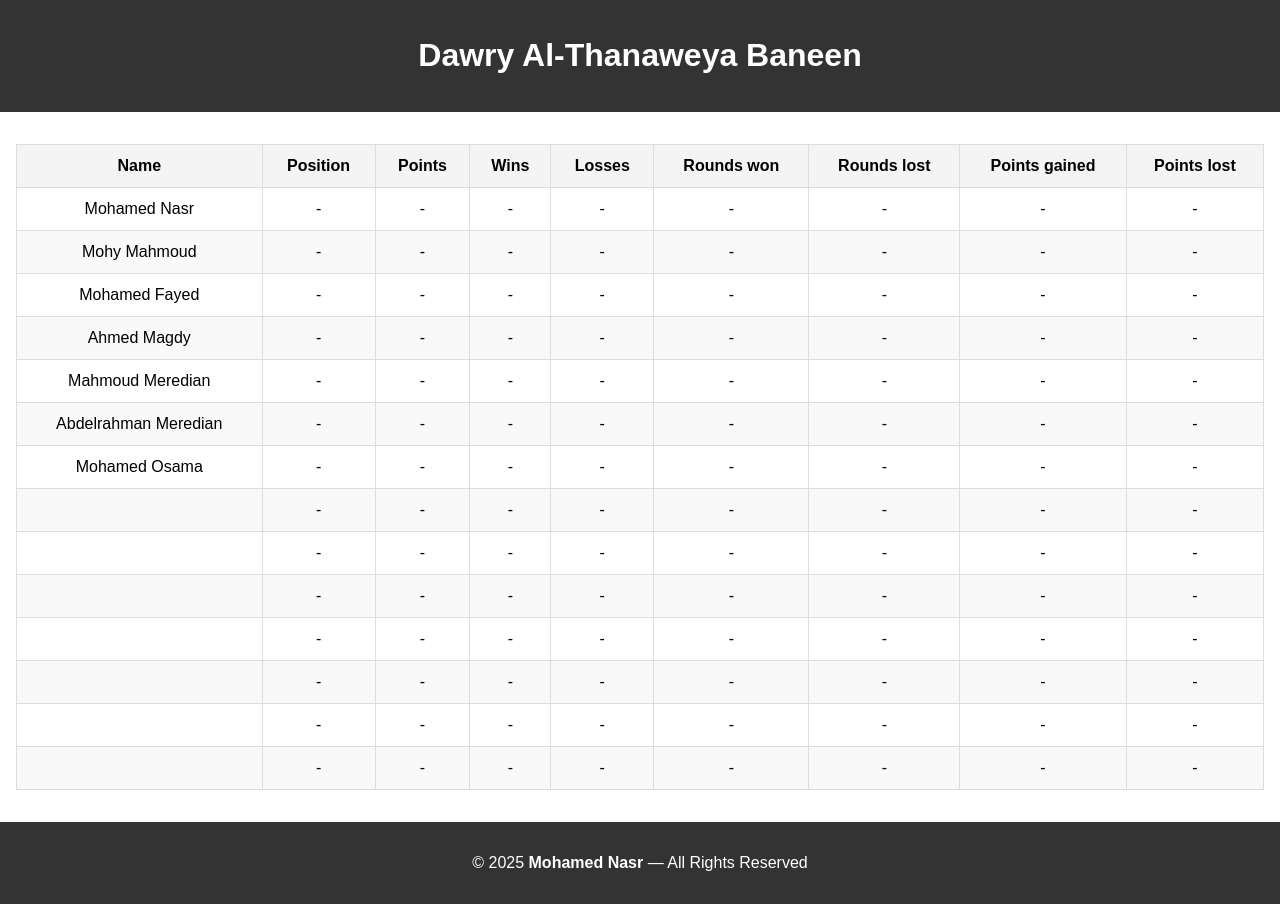
Repository: MohamedNasr95/Dawry-Al-Thanaweya-Baneen
Page: Index.html
An editor plug-in stored every save of this project. The page is shown before and after a run of saves, followed by the edit.
The browser window is 1280 px wide. The pictures show the whole page.

Above is the page before, as saved 2025-09-07 22:38:23.

### Index.html
<!DOCTYPE html>
<html lang="en">
<head>
  <meta charset="UTF-8" />
  <meta name="viewport" content="width=device-width, initial-scale=1.0" />
  <title>Dawry Al-Thanaweya Baneen</title>
  <link rel="stylesheet" href="style.css">
</head>
<body>
  <header>
    <h1>Dawry Al-Thanaweya Baneen</h1>
  </header>
  <main>
    <table>
      <thead>
        <tr>
          <th>Name</th>
          <th>Position</th>
          <th>Points</th>
          <th>Wins</th>
          <th>Losses</th>
          <th>Rounds won</th>
          <th>Rounds lost</th>
          <th>Points gained</th>
          <th>Points lost</th>
        </tr>
      </thead>
      <tbody id="tbody">
        <tr>
          <td>Mohamed Nasr</td>
          <td>-</td>
          <td>-</td>
          <td>-</td>
          <td>-</td>
          <td>-</td>
          <td>-</td>
          <td>-</td>
          <td>-</td>
        </tr>
        <tr>
          <td>Mohy Mahmoud</td>
          <td>-</td>
          <td>-</td>
          <td>-</td>
          <td>-</td>
          <td>-</td>
          <td>-</td>
          <td>-</td>
          <td>-</td>
        </tr>
        <tr>
          <td>Mohamed Fayed</td>
          <td>-</td>
          <td>-</td>
          <td>-</td>
          <td>-</td>
          <td>-</td>
          <td>-</td>
          <td>-</td>
          <td>-</td>
        </tr>
        <tr>
          <td>Ahmed Magdy</td>
          <td>-</td>
          <td>-</td>
          <td>-</td>
          <td>-</td>
          <td>-</td>
          <td>-</td>
          <td>-</td>
          <td>-</td>
        </tr>
        <tr>
          <td>Mahmoud Meredian</td>
          <td>-</td>
          <td>-</td>
          <td>-</td>
          <td>-</td>
          <td>-</td>
          <td>-</td>
          <td>-</td>
          <td>-</td>
        </tr>
        <tr>
          <td>Abdelrahman Meredian</td>
          <td>-</td>
          <td>-</td>
          <td>-</td>
          <td>-</td>
          <td>-</td>
          <td>-</td>
          <td>-</td>
          <td>-</td>
        </tr>
        <tr>
          <td>Mohamed Osama</td>
          <td>-</td>
          <td>-</td>
          <td>-</td>
          <td>-</td>
          <td>-</td>
          <td>-</td>
          <td>-</td>
          <td>-</td>
        </tr>
        <!-- Add more rows here -->
      </tbody>
    </table>
  </main>
  <footer>
    <p>&copy; 2025 <strong>Mohamed Nasr</strong> — All Rights Reserved</p>
  </footer>

  <script src="script.js"></script>
</body>
</html>

### style.css
body {
    font-family: Arial, sans-serif;
    margin: 0;
    padding: 0;
    display: flex;
    min-height: 100vh;
    flex-direction: column;
}
header, footer {
    background-color: #333;
    color: #fff;
    padding: 1rem;
    text-align: center;
}
main {
    flex: 1;
    padding: 1rem;
}
table {
    width: 100%;
    border-collapse: collapse;
    margin: 1rem 0;
}
th, td {
    border: 1px solid #ddd;
    padding: 0.75rem;
    text-align: center;
}
th {
    background-color: #f4f4f4;
}
tr:nth-child(even) {
    background-color: #f9f9f9;
}
tr:hover {
    background-color: #e0e0e0;
}

### script.js
table = document.getElementById("tbody")
// console.log(table)
// name = "Mustafa";
players = [{ID: 1, name: "Mohamed Nasr", position: 0, Points: 0, win: 0, loss: 0, rWin: 0, rLost: 0, pGained: 0, pLost:0},
    {ID: 2, name: "Mohy Mahmoud", position: 0, Points: 0, win: 0, loss: 0, rWin: 0, rLost: 0, pGained: 0, pLost:0},
    {ID: 3, name: "Mohamed Fayed", position: 0, Points: 0, win: 0, loss: 0, rWin: 0, rLost: 0, pGained: 0, pLost:0},
    {ID: 4, name: "Ahmed Magdy", position: 0, Points: 0, win: 0, loss: 0, rWin: 0, rLost: 0, pGained: 0, pLost:0},
    {ID: 5, name: "Mahmoud Meredian", position: 0, Points: 0, win: 0, loss: 0, rWin: 0, rLost: 0, pGained: 0, pLost:0},
    {ID: 6, name: "Abdelrahman Meredian", position: 0, Points: 0, win: 0, loss: 0, rWin: 0, rLost: 0, pGained: 0, pLost:0},
    {ID: 7, name: "Mohamed Osama", position: 0, Points: 0, win: 0, loss: 0, rWin: 0, rLost: 0, pGained: 0, pLost:0},
]

for( tVar = 0 ; tVar < players.length ; tVar++ )
{
    table.innerHTML +=
    `
        <tr>
            <td></td>
            <td>-</td>
            <td>-</td>
            <td>-</td>
            <td>-</td>
            <td>-</td>
            <td>-</td>
            <td>-</td>
            <td>-</td>
        </tr>
    `
}

After the next 3 saves:
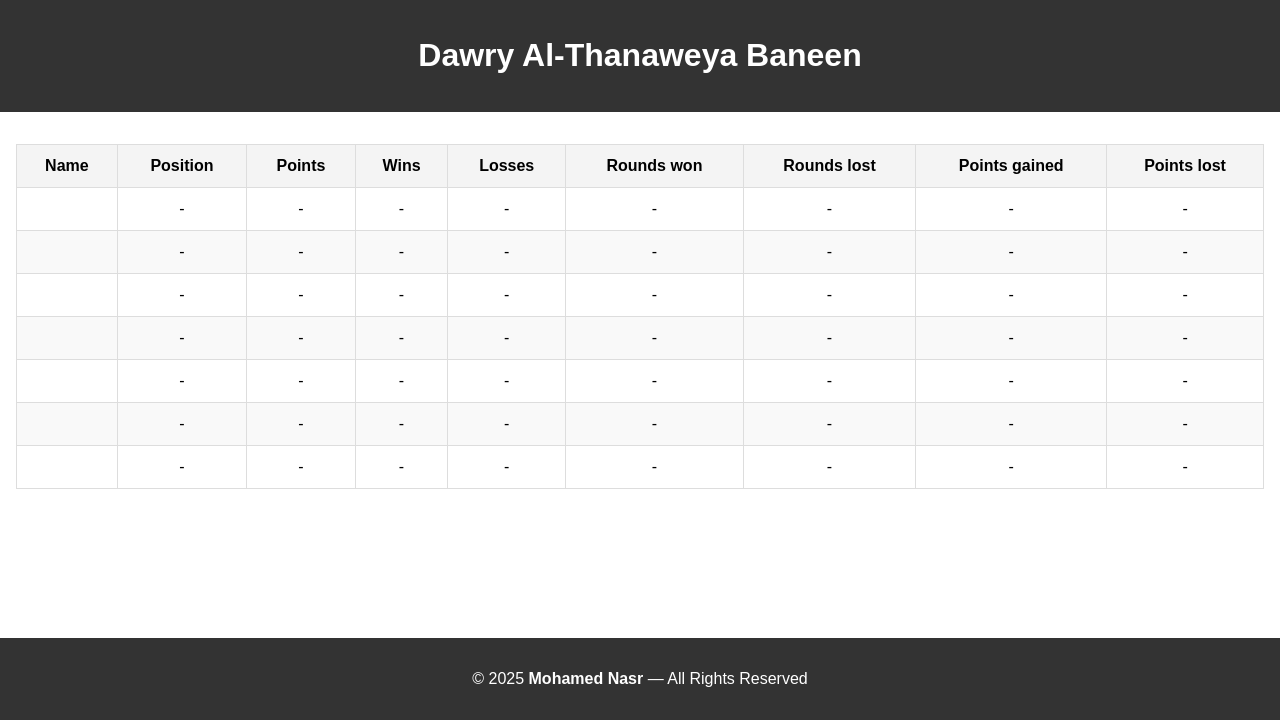
The 3 saves are shown as one change because they came seconds apart.
The last was saved 26 s later.
--- a/Index.html
+++ b/Index.html
@@ -26,84 +26,9 @@
         </tr>
       </thead>
       <tbody id="tbody">
-        <tr>
-          <td>Mohamed Nasr</td>
-          <td>-</td>
-          <td>-</td>
-          <td>-</td>
-          <td>-</td>
-          <td>-</td>
-          <td>-</td>
-          <td>-</td>
-          <td>-</td>
-        </tr>
-        <tr>
-          <td>Mohy Mahmoud</td>
-          <td>-</td>
-          <td>-</td>
-          <td>-</td>
-          <td>-</td>
-          <td>-</td>
-          <td>-</td>
-          <td>-</td>
-          <td>-</td>
-        </tr>
-        <tr>
-          <td>Mohamed Fayed</td>
-          <td>-</td>
-          <td>-</td>
-          <td>-</td>
-          <td>-</td>
-          <td>-</td>
-          <td>-</td>
-          <td>-</td>
-          <td>-</td>
-        </tr>
-        <tr>
-          <td>Ahmed Magdy</td>
-          <td>-</td>
-          <td>-</td>
-          <td>-</td>
-          <td>-</td>
-          <td>-</td>
-          <td>-</td>
-          <td>-</td>
-          <td>-</td>
-        </tr>
-        <tr>
-          <td>Mahmoud Meredian</td>
-          <td>-</td>
-          <td>-</td>
-          <td>-</td>
-          <td>-</td>
-          <td>-</td>
-          <td>-</td>
-          <td>-</td>
-          <td>-</td>
-        </tr>
-        <tr>
-          <td>Abdelrahman Meredian</td>
-          <td>-</td>
-          <td>-</td>
-          <td>-</td>
-          <td>-</td>
-          <td>-</td>
-          <td>-</td>
-          <td>-</td>
-          <td>-</td>
-        </tr>
-        <tr>
-          <td>Mohamed Osama</td>
-          <td>-</td>
-          <td>-</td>
-          <td>-</td>
-          <td>-</td>
-          <td>-</td>
-          <td>-</td>
-          <td>-</td>
-          <td>-</td>
-        </tr>
-        <!-- Add more rows here -->
+
+         <!-- Add more rows here -->
+
       </tbody>
     </table>
   </main>
